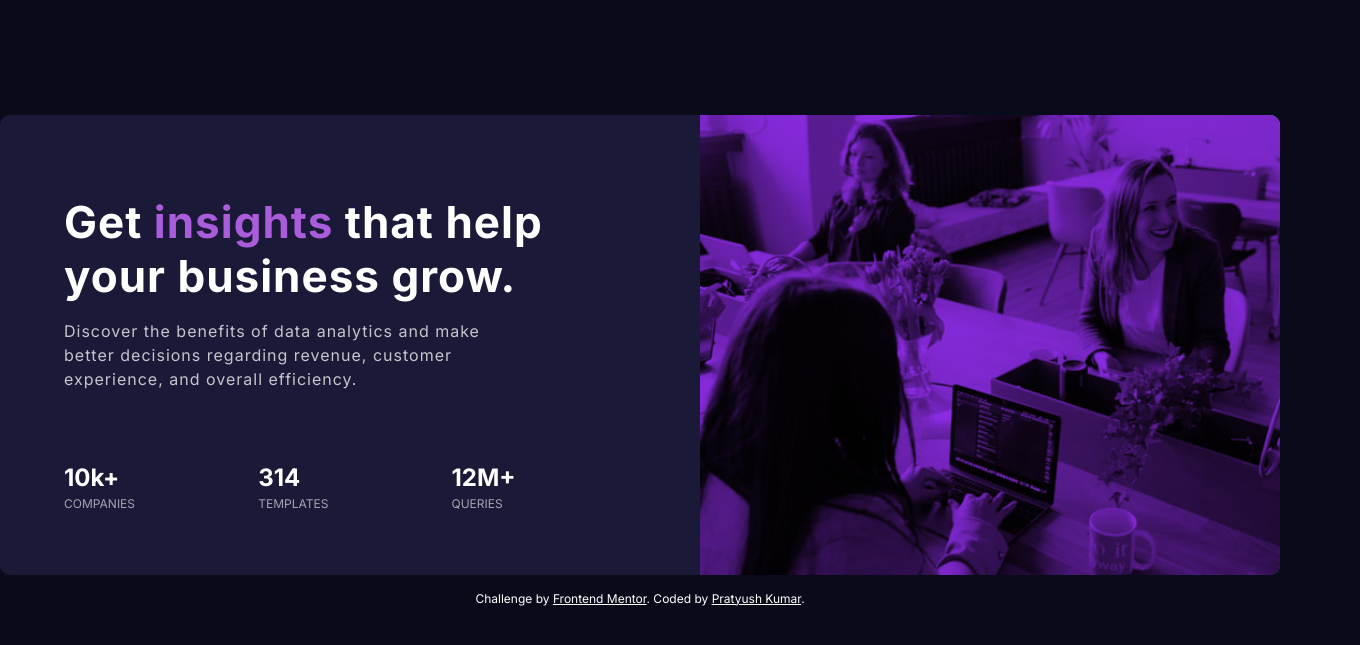
Repository: PratypartyY2K/frontendmentor-challenges
Page: stats-preview-card-component-main/index.html
An editor plug-in stored every save of this project. The page is shown before and after the next save, followed by the edit.
The browser window is 1280 px wide. The page is 1280 px wide, then 1360 px, then 1280 px, so the pictures cover 1360 px, including what lies to the right of the window. The pictures show the whole page.

Above is the page before, as saved 2021-07-14 01:47:04.

### stats-preview-card-component-main/index.html
<!DOCTYPE html>
<html lang="en">

<head>
  <meta charset="UTF-8">
  <meta name="viewport" content="width=device-width, initial-scale=1.0">
  <!-- displays site properly based on user's device -->

  <link rel="icon" type="image/png" sizes="32x32" href="./images/favicon-32x32.png">
  <!--font families-->
  <link rel="preconnect" href="https://fonts.googleapis.com">
  <link rel="preconnect" href="https://fonts.gstatic.com" crossorigin>
  <link href="https://fonts.googleapis.com/css2?family=Inter:wght@400;700&display=swap" rel="stylesheet">
  <link rel="stylesheet" href="style.css">



  <title>Frontend Mentor | Stats preview card component</title>

</head>

<body>
  <div class="card-wrapper">
    <div class="card">
      <div class="heading">
        Get <span class="active">insights</span> that help your business grow.
      </div>
      <div class="card-content">
        Discover the benefits of data analytics and make better decisions regarding revenue, customer
        experience, and overall efficiency.
      </div>
      <div class="stats">
        <div>
          <h3>10k+</h3>
          companies
        </div>
        <div>
          <h3>314</h3>
          templates
        </div>
        <div>
          <h3>12M+</h3>
          queries
        </div>
      </div>
    </div>
    <div class="img-container">
      <div class="overlay">
      </div>
    </div>
  </div>
  <div class="attribution">
    Challenge by <a href="https://www.frontendmentor.io?ref=challenge" target="_blank">Frontend Mentor</a>.
    Coded by <a href="#">Pratyush Kumar</a>.
  </div>
</body>

</html>

### stats-preview-card-component-main/style.css
* {
    box-sizing: border-box;
}

body {
    background-color: hsl(233, 47%, 7%);
    margin: 0;
    display: flex;
    flex-direction: column;
    justify-content: center;
    align-items: center;
    min-height: 100vh;
    font-family: 'Inter', sans-serif;
}

.card-wrapper {
    background-color: hsl(244, 38%, 16%);
    display: flex;
    justify-content: center;
    border-radius: 10px;
    overflow: hidden;
    width: auto;
}

.card {
    padding: 4rem 6.5rem 4rem 4rem;
}

.heading {
    font-size: 2.75rem;
    color: hsl(0, 0%, 100%);
    padding: 1rem 0;
    font-weight: 700;
    letter-spacing: 1px;
}

.heading .active {
    color: hsl(277, 64%, 61%);
}

.card-content {
    color: hsla(0, 0%, 100%, 0.75);
    font-size: 1rem;
    line-height: 1.5rem;
    padding-right: 4rem;
    letter-spacing: 1px;
}

.stats {
    display: flex;
    justify-content: space-between;
    padding-top: 4.5rem;
    padding-right: 5rem;
}

.stats > div {
    display: flex;
    flex-direction: column;
    align-items: baseline;
}

.stats > div {
    color: hsla(0, 0%, 100%, 0.6);
    text-transform: uppercase;

    font-size: 0.75rem;
}

h3 {
    margin: 0;
    color: white;
    font-weight: 700;
    font-size: 1.5rem;
    margin-bottom: 0.25rem;
    text-transform: none;
}

.img-container {
    background-image: url(images/image-header-desktop.jpg);
    width: 100%;
    background-repeat: no-repeat;
    background-size: cover;
}

.overlay {
    background-color: blueviolet;
    height: 100%;
    mix-blend-mode:multiply;
}

.attribution { font-size: 0.75rem; text-align: center; color: white; margin-top: 1rem;}
.attribution a { color: hsl(228, 45%, 44%); color: white;}

@media only screen and (max-width: 768px) {
    .card-wrapper {
        flex-direction: column;
    }
}

After the next save:
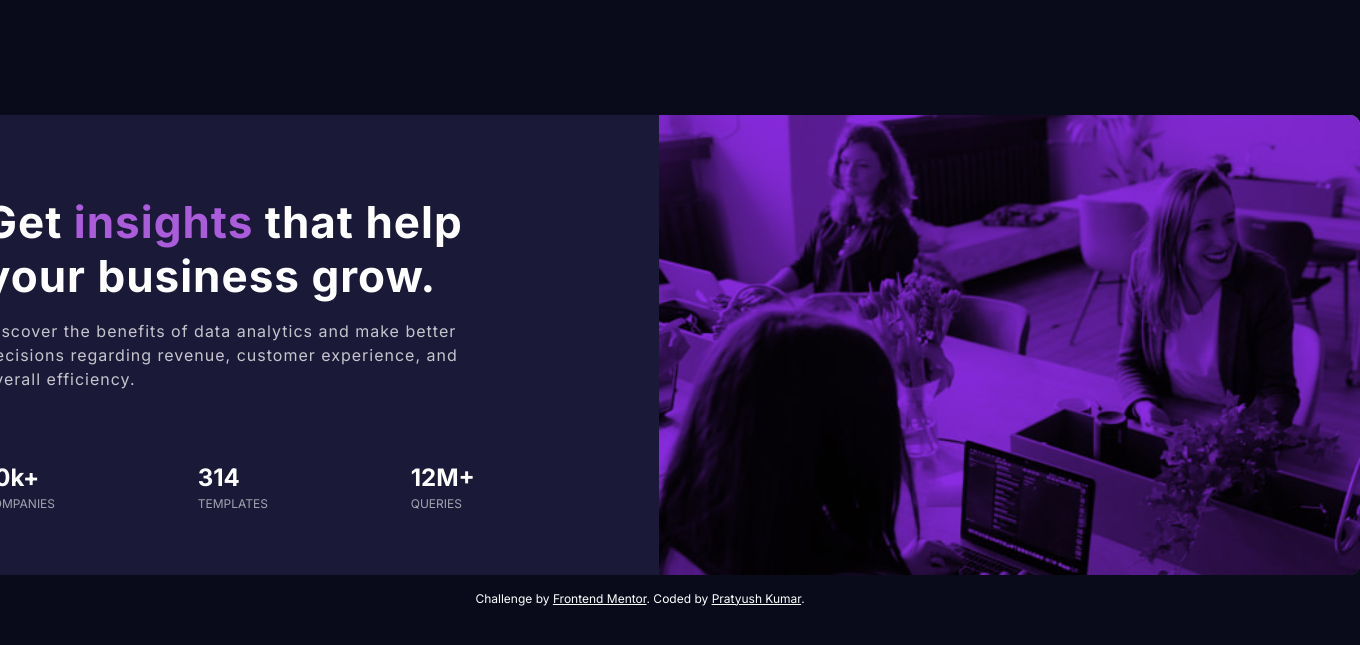
Saved 23 s later.
--- a/stats-preview-card-component-main/style.css
+++ b/stats-preview-card-component-main/style.css
@@ -19,7 +19,7 @@
     justify-content: center;
     border-radius: 10px;
     overflow: hidden;
-    width: auto;
+    width: 1440px;
 }
 
 .card {

After the save that followed:
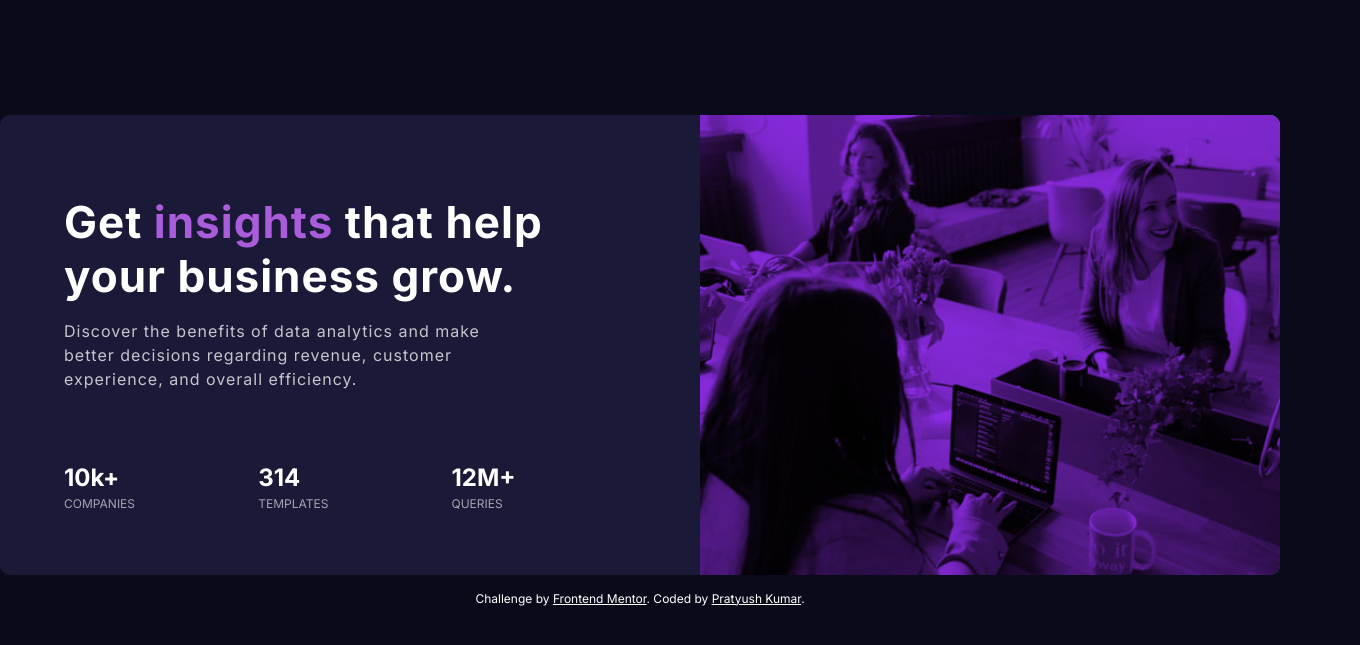
Saved 9 s later.
--- a/stats-preview-card-component-main/style.css
+++ b/stats-preview-card-component-main/style.css
@@ -19,7 +19,6 @@
     justify-content: center;
     border-radius: 10px;
     overflow: hidden;
-    width: 1440px;
 }
 
 .card {
